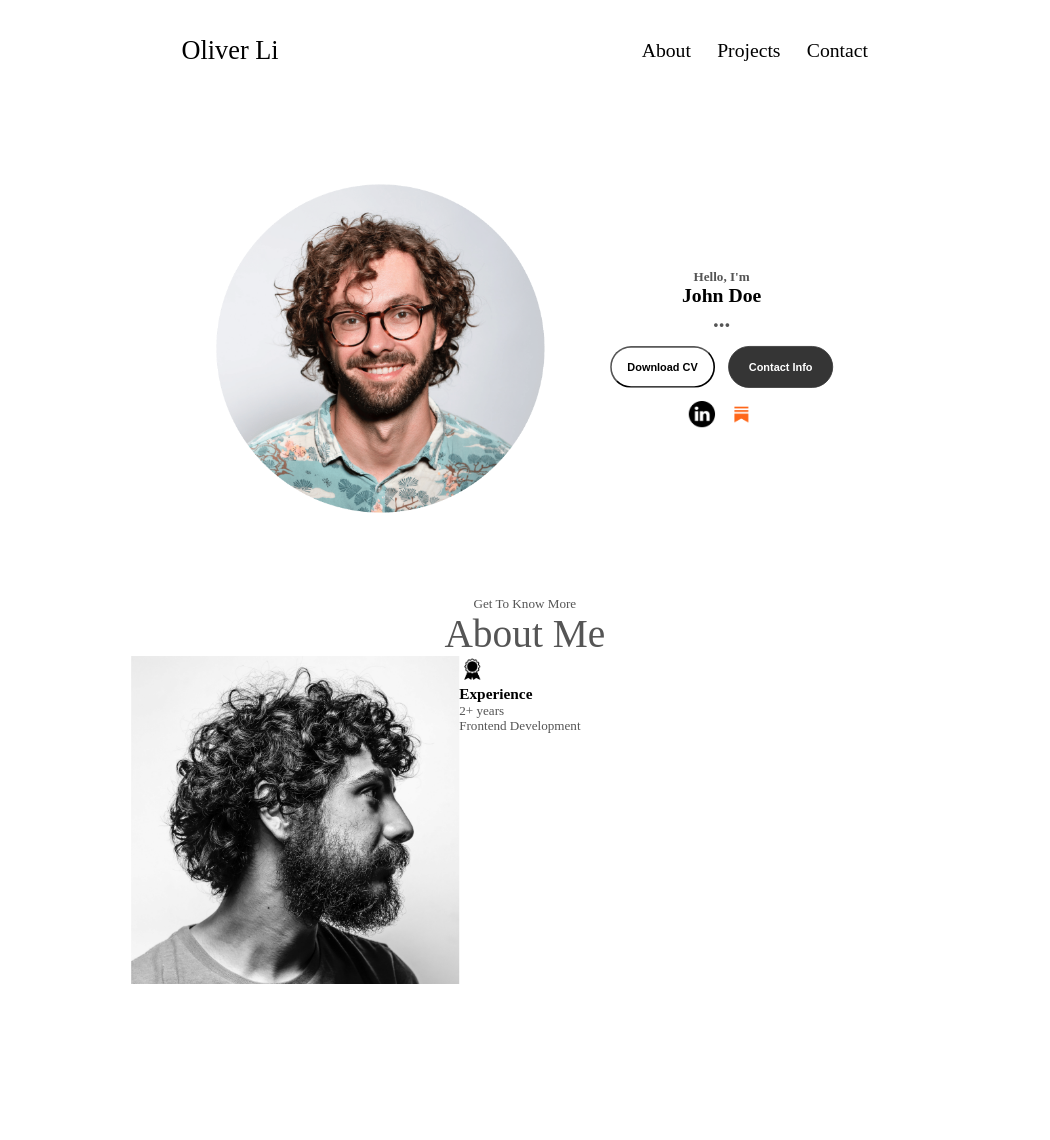
Repository: oliverli1728/portfolio
Page: index.html
The author's editor kept a copy of each file at every save. The page is drawn from the files as they stood at one save, then again after the next save.
The browser window is 1280 px wide. The pictures show the whole page, at 82% of full size.
Some web fonts or font styles are not loaded; a fallback is used.

Above is the page before, as saved 2025-09-25 21:35:04.

### index.html
<!DOCTYPE html>
<html lang="en">
<head>
    <meta charset="UTF-8">
    <meta name="viewport" content="width=device-width, initial-scale=1.0">
    <title>PC</title>
    <link rel="stylesheet" href="style.css">
    <link rel="stylesheet" href="mediaqueries.css">
</head>
    <body>
        <nav id="desktop-nav">
            <div class="logo">Oliver Li</div>
            <div>
                <ul class="nav-links">
                    <li> <a href="#about">About</a></li>
                    <li> <a href="#projects">Projects</a></li>
                    <li> <a href="#contact">Contact</a></li>
                </ul>
            </div>
        </nav>
        <nav id="hamburger-nav">
            <div class="logo">Oliver Li</div>
            <div class="hamburger-menu">
                <div class="hamburger-icon" onclick="toggleMenu()">
                    <span></span>
                    <span></span>
                    <span></span>
                </div>
                <div class="menu-links">
                    <li> <a href="#about" onclick="toggleMenu()">About</a></li>
                    <li> <a href="#projects" onclick="toggleMenu()">Projects</a></li>
                    <li> <a href="#contact" onclick="toggleMenu()">Contact</a></li>
                </div>
            </div>
        </nav>
        <section id="profile">
            <div class="section__pic-container">
                <img src="./assets/profile-pic.png" alt="John Doe profile">
            </div>
        <div class="section__text">
            <p class="section__text__p1">Hello, I'm</p>
            <h1 class="Title">John Doe</h1>
            <p class="section__text__p2">...</p>
            <div class="btn-container">
                <button class="btn btn-color-2"
                onclick="window.open('./assets/resume-example.pdf')">Download CV
            </button>
                <button class="btn btn-color-1"
                onclick="location.href='./#contact'">Contact Info
            </button>
            </div>
            <div id="socials-container">
                <img src="./assets/linkedin.png" alt="LinkedIn"
                class="icon" onclick="location.href='https://www.linkedin.com/in/oliverli1728/'"/>

                <img src="./assets/substack.png" alt="substack"
                class="icon" onclick="location.href='https://substack.com/@oliver1728'"/>

            </div>
        </div>
        </section>

        <section id="about">
            <p class="section__text__p1"> Get To Know More </p>
            <p class="title"> About Me </p>
            <div class="section-container">
                <div class="section__pic-container">
                    <img src="./assets/about-pic.png" alt="about"
                    class="about-pic">
                </div>
                <div class="about-details-container">
                    <div class="about-containers">
                        <div class="details-container">
                            <img src="./assets/experience.png" alt="experience"
                            class="icon">
                        </div>
                        <h3>Experience</h3>
                        <p>2+ years <br> Frontend Development</p>
                    </div>
                </div>
            </div>
        </section>
        <script src="script.js"></script>
    </body>
</html>

### style.css
/* General */


@import url('https://fonts.googleapis.com/css2?family=Lusitana:wght@400;700&display=swap');


* {
    margin: 0;
    padding: 0;
}

body {
    font-family: "Lusitana", serif;
    font-weight: 400;
    font-style: normal;
}

html {
    scroll-behavior: smooth;
}

p {
    color: rgb(85, 85, 85);
}

/* transition */

a, .btn {
    transition: all 300ms ease;
}

/* Desktop Nav*/

nav, .nav-links {
    display: flex;
}

nav {
    justify-content: space-around;
    align-items: center;
    height: 17vh;
}

.nav-links {
    gap: 2rem;
    list-style: none;
    font-size: 1.5rem;
}

a {
    color: black;
    text-decoration: none;
    text-decoration-color: white;
}

a:hover {
    color: grey;
    text-decoration: underline;
    text-underline-offset: 0.5rem;
    text-decoration-color: (181, 181, 181);
}

.logo {
    font-size: 2rem;
}

.logo:hover {
    cursor: default;
}


/*Hamburger Menu*/

#hamburger-nav {
    display: none;
}

.hamburger-menu {
    position: relative;
    display: inline-block;
}

.hamburger-icon {
    display: flex;
    flex-direction: column;
    justify-content: space-between;
    height: 24px;
    width: 30px;
    cursor: pointer;
}

.hamburger-icon span {
    width: 100%;
    height: 2px;
    background-color: black;
    transition: all 0.3 ease-in-out;
}

.menu-links {
    position: absolute;
    top: 100%;
    right: 0;
    background-color: white;
    width: fit-content;
    max-height: 0;
    overflow: hidden;
    transition: all 0.3 ease-in-out;
}

.menu-links a {
    display: block;
    padding: 10px;
    text-align: center;
    font-size: 1.5rem;
    color: black;
    text-decoration: none;
    transition: all 0.3 ease-in-out;
}

.menu-links li {
    list-style: none;
}

.menu-links.open {
    max-height: 300px;
}

/* Rotating line into x */
.hamburger-icon.open span:first-child {
    transform: rotate(45deg) translate(10px, 5px)
}

.hamburger-icon.open span:nth-child(2) {
    opacity: 0;
}

.hamburger-icon.open span:last-child {
    transform: rotate(-45deg) translate(10px, -5px)
}

.hamburger-icon span:first-child {
    transform: none;
}

.hamburger-icon span:first-child {
    opacity: 1;
}

.hamburger-icon span:first-child {
    transform: none;
}


/* Sections */


section {
    padding-top: 4vh;
    height: 96vh;
    margin: 0 10rem;
    box-sizing: border-box;
    min-height: fit-content;
}

.section-container {
    display: flex;
}


/* Profile Section */

#profile {
    display: flex;
    justify-content: center;
    gap: 5rem;
    height: 80vh;
}

.section__pic-container {
    display: flex;
    height: 400px;
    width: 400px;
    margin: auto 0;
}

.section__text {
    align-self: center;
    text-align: center;
}

.section__text p {
    font-weight: 600;
}

.section__text__p1 {
    text-align: center;
}

.section__text__p2 {
    font-size: 1.75rem;
    margin-bottom: 1rem;
}

.title {
    font-size: 3rem;
    text-align: center;
}

#socials-container {
    display: flex;
    justify-content: center;
    margin-top: 1rem;
    gap: 1rem;
}

/* ICONS */

.icon {
    cursor: pointer;
    height: 2rem;
}

/* Buttons */

.btn-container {
    display: flex;
    justify-content: center;
    gap: 1rem;
}

.btn {
    font-weight: 600;
    transition: all 300ms ease;
    padding: 1rem;
    width: 8rem;
    border-radius: 2rem;
}

.btn-color-1, btn-color-2 {
    border: rgb(53, 53, 53) 0.1rem solid;

}

.btn-color-1:hover, btn-color-2:hover {
    cursor: pointer;
}

.btn-color-1, btn-color-2:hover {
    background: rgb(53, 53, 53);
    color: white;
}

.btn-color-1:hover {
    background: rgb(0, 0, 0);
}

.btn-color-2 {
    background: none;
}

.btn-color2:hover {
    border: rgb(255, 255, 255) 0.1 rem solid;
}

.btn-container {
    gap: 1rem;
}

### mediaqueries.css

/*When screen size < 1200px, desktop nav disappears*/
@media screen and (max-width: 1200px) {
    #desktop-nav {
        display: none;
    }
    #hamburger-nav {
        display: flex;
    }
}

### script.js
function toggleMenu() {
    const menu = document.querySelector(".menu-links");
    const icon = document.querySelector(".hamburger-icon");

    menu.classList.toggle("open")
    icon.classList.toggle("open")
}

After the next save:
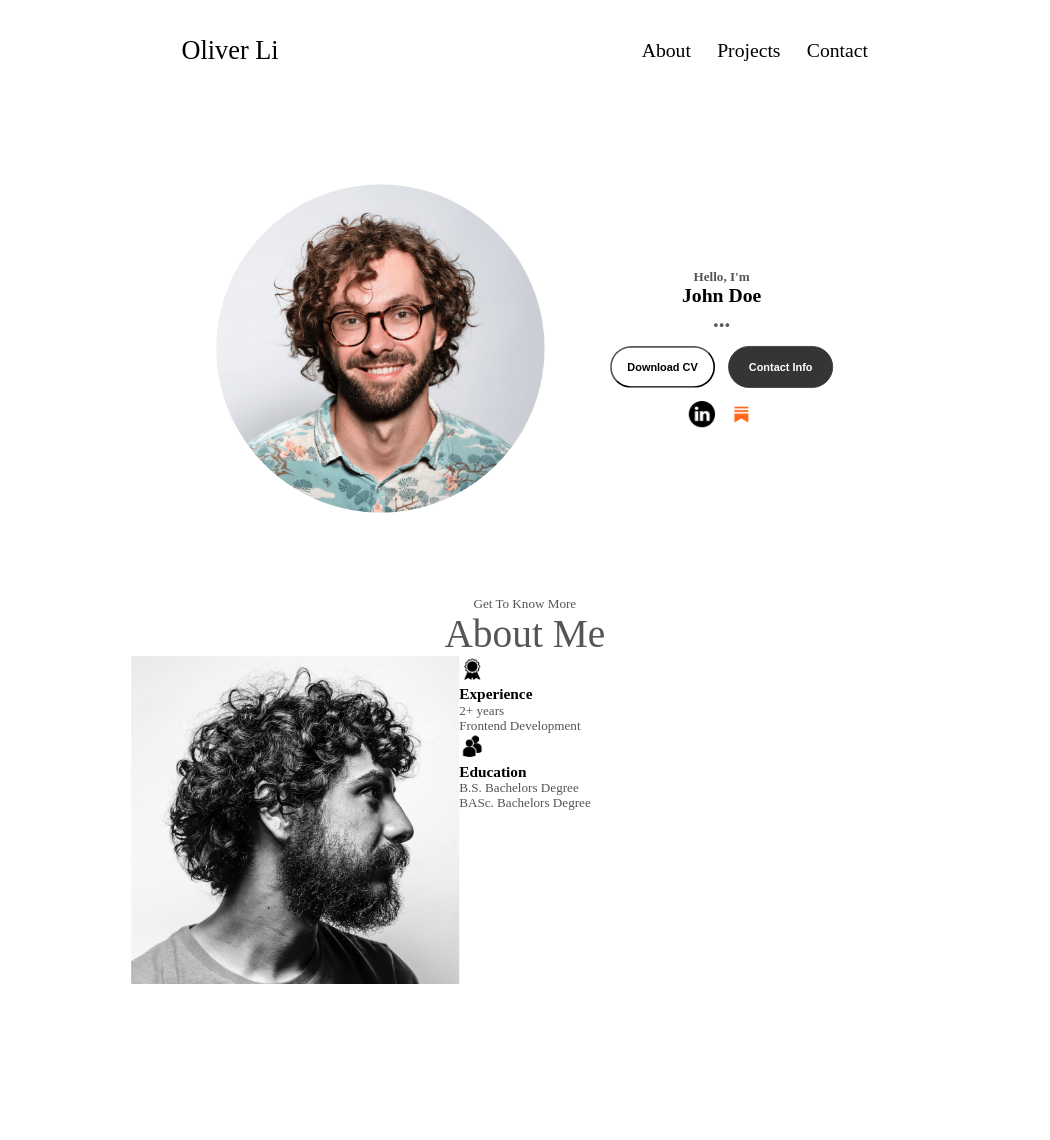
Saved 2 min 22 s later.
--- a/index.html
+++ b/index.html
@@ -77,6 +77,13 @@
                         <h3>Experience</h3>
                         <p>2+ years <br> Frontend Development</p>
                     </div>
+                    <div class="details-container">
+                            <img src="./assets/education.png" alt="education"
+                            class="icon">
+                        </div>
+                        <h3>Education</h3>
+                        <p>B.S. Bachelors Degree <br> BASc. Bachelors Degree</p>
+                    </div>
                 </div>
             </div>
         </section>
